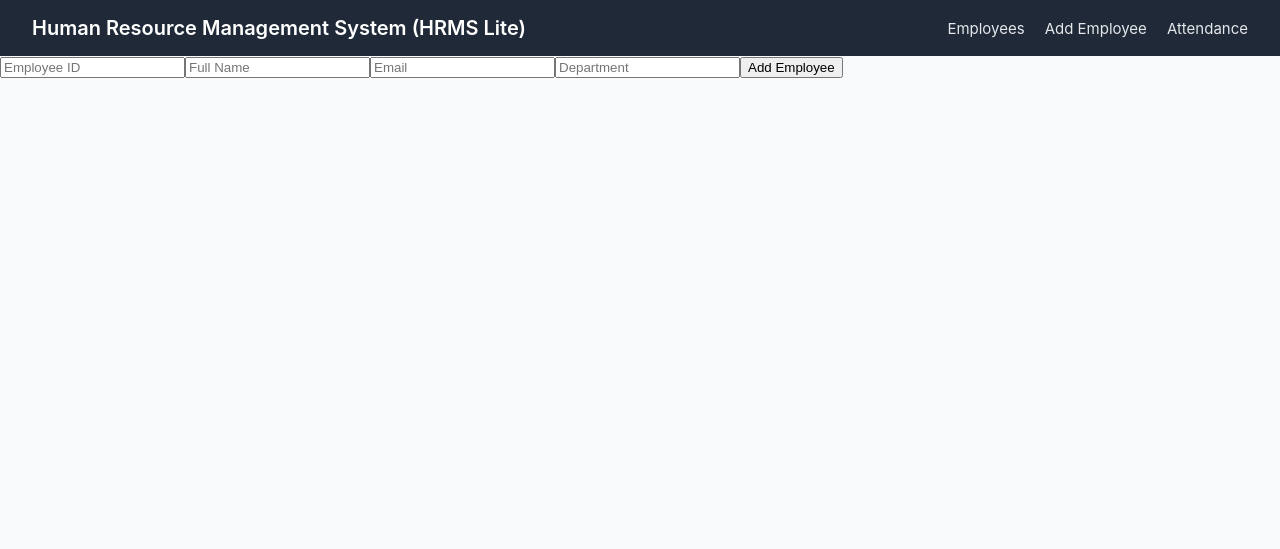
Repository: gautamsonam011/hrmsfrontend
Page: /employees/add
These files come from the project's save history. The page is drawn as it stood at one moment and after the next save; the edit follows.
The browser window is 1280 px wide. The pictures show the whole page.
The project was rebuilt for these pictures with package versions that can differ from the ones it lists, and the page was loaded fresh each time. Also part of the build but not shown: src/components/Loader.jsx, src/components/EmptyState.jsx, src/pages/Employees.jsx, src/components/ErrorState.jsx, src/pages/Attendance.jsx, src/api/attendanceApi.js, src/pages/AddAttendance.jsx.

Above is the page before, as saved 2026-01-31 19:08:28.

### public/index.html
<!DOCTYPE html>
<html lang="en">
  <head>
    <meta charset="utf-8" />
    <link rel="icon" href="%PUBLIC_URL%/favicon.ico" />
    <meta name="viewport" content="width=device-width, initial-scale=1" />
    <meta name="theme-color" content="#000000" />
    <meta
      name="description"
      content="Web site created using create-react-app"
    />
    <link rel="apple-touch-icon" href="%PUBLIC_URL%/logo192.png" />
    <!--
      manifest.json provides metadata used when your web app is installed on a
      user's mobile device or desktop. See https://developers.google.com/web/fundamentals/web-app-manifest/
    -->
    <link rel="manifest" href="%PUBLIC_URL%/manifest.json" />
    <!--
      Notice the use of %PUBLIC_URL% in the tags above.
      It will be replaced with the URL of the `public` folder during the build.
      Only files inside the `public` folder can be referenced from the HTML.

      Unlike "/favicon.ico" or "favicon.ico", "%PUBLIC_URL%/favicon.ico" will
      work correctly both with client-side routing and a non-root public URL.
      Learn how to configure a non-root public URL by running `npm run build`.
    -->
    <title>HRMS</title>
  </head>
  <body>
    <noscript>You need to enable JavaScript to run this app.</noscript>
    <div id="root"></div>
    <!--
      This HTML file is a template.
      If you open it directly in the browser, you will see an empty page.

      You can add webfonts, meta tags, or analytics to this file.
      The build step will place the bundled scripts into the <body> tag.

      To begin the development, run `npm start` or `yarn start`.
      To create a production bundle, use `npm run build` or `yarn build`.
    -->
  </body>
</html>

### src/App.js
import { BrowserRouter, Routes, Route } from "react-router-dom";
import "./style.css";
import Navbar from "./components/Navbar";
import Employees from "./pages/Employees";
import AddEmployee from "./pages/AddEmployee";
import Attendance from "./pages/Attendance";
import AddAttendance from "./pages/AddAttendance";

function App() {
  return (
    <BrowserRouter>
      <Navbar />
      <Routes>
        <Route path="/" element={<Employees />} />
        <Route path="/employees/add" element={<AddEmployee />} />
        <Route path="/attendance" element={<AddAttendance />} />
        <Route path="/attendance/:id" element={<Attendance />} />
      </Routes>
    </BrowserRouter>
  );
}

export default App;

### src/style.css

/* Global */
body {
  margin: 0;
  font-family: "Inter", system-ui, -apple-system, BlinkMacSystemFont;
  background-color: #f9fafb;
  color: #111827;
}

/* Page wrapper */
.page {
  padding: 24px;
}

/* Card */
.card {
  background: #ffffff;
  border-radius: 8px;
  padding: 20px;
  box-shadow: 0 4px 12px rgba(0, 0, 0, 0.05);
}

/* Headings */
.page-title {
  font-size: 22px;
  font-weight: 600;
  margin-bottom: 16px;
}

/* Buttons */
.btn {
  padding: 10px 16px;
  border-radius: 6px;
  border: none;
  cursor: pointer;
  font-size: 14px;
}

.btn-primary {
  background-color: #2563eb;
  color: white;
}

.btn-danger {
  background-color: #dc2626;
  color: white;
}

.btn-secondary {
  background-color: #e5e7eb;
}

/* Inputs */
.input,
.select {
  padding: 10px;
  border-radius: 6px;
  border: 1px solid #d1d5db;
  font-size: 14px;
  width: 100%;
}

.input:focus,
.select:focus {
  outline: none;
  border-color: #2563eb;
}

.form-grid {
  display: grid;
  grid-template-columns: repeat(auto-fit, minmax(220px, 1fr));
  gap: 16px;
}

.table {
  width: 90%;
  border-collapse: collapse;
  margin-top: 50px;
  margin:30px;
  background-color:#f8fcfc
}

.table th {
  text-align: left;
  background: #f3f4f6;
  padding: 12px;
  font-size: 13px;
  font-weight: 600;
}

.table td {
  padding: 12px;
  border-bottom: 1px solid #e5e7eb;
  font-size: 14px;
}

.table tr:hover {
  background-color: #f9fafb;
}

/* ===== Add Employee Form ===== */
.employee-form-wrapper {
  display: flex;
  justify-content: center;
  padding: 32px 16px;
}

.employee-form {
  background: #ffffff;
  width: 100%;
  max-width: 420px;
  padding: 28px;
  border-radius: 12px;
  box-shadow: 0 12px 28px rgba(0, 0, 0, 0.08);
}

.employee-form-title {
  font-size: 22px;
  font-weight: 600;
  text-align: center;
  margin-bottom: 24px;
  color: #111827;
}

/* Form fields */
.employee-form-group {
  margin-bottom: 18px;
}

.employee-input {
  width: 100%;
  padding: 12px 14px;
  font-size: 14px;
  border-radius: 8px;
  border: 1px solid #d1d5db;
  transition: all 0.2s ease;
}

.employee-input::placeholder {
  color: #9ca3af;
}

.employee-input:focus {
  outline: none;
  border-color: #2563eb;
  box-shadow: 0 0 0 2px rgba(37, 99, 235, 0.15);
}

/* Submit button */
.employee-submit-btn {
  width: 100%;
  padding: 12px;
  margin-top: 10px;
  font-size: 15px;
  font-weight: 500;
  border-radius: 8px;
  border: none;
  cursor: pointer;
  background-color: #2563eb;
  color: white;
  transition: background-color 0.2s ease;
}

.employee-submit-btn:hover {
  background-color: #1e40af;
}

### src/components/Navbar.jsx
import { NavLink } from "react-router-dom";

export default function Navbar() {
  return (
    <nav style={styles.nav}>
      <h2 style={styles.logo}>Human Resource Management System (HRMS Lite)</h2>

      <div style={styles.links}>
        <NavLink to="/" style={styles.link}>
          Employees
        </NavLink>
        <NavLink to="/employees/add" style={styles.link}>
          Add Employee
        </NavLink>
        <NavLink to="/attendance" style={styles.link}>
          Attendance
        </NavLink>
      </div>
    </nav>
  );
}

const styles = {
  nav: {
    display: "flex",
    justifyContent: "space-between",
    alignItems: "center",
    padding: "16px 32px",
    backgroundColor: "#1f2937",
    color: "#fff",
  },
  logo: {
    margin: 0,
    fontSize: "20px",
    fontWeight: "600",
  },
  links: {
    display: "flex",
    gap: "20px",
  },
  link: {
    color: "#e5e7eb",
    textDecoration: "none",
    fontSize: "15px",
  },
};

### src/pages/AddEmployee.jsx
import { useState } from "react";
import { addEmployee } from "../api/employeeApi";
import { Navigate } from "react-router-dom";


export default function AddEmployee() {
  const [form, setForm] = useState({
    employee_id: "",
    full_name: "",
    email: "",
    department: "",
  });

  const handleSubmit = async (e) => {
    e.preventDefault();
    try {
      await addEmployee(form);
      alert("Employee added");
    } catch (err) {
      alert(err.response?.data?.message || "Error");
    }
  };

  return (
    <form onSubmit={handleSubmit}>
      <input placeholder="Employee ID" onChange={(e) => setForm({...form, employee_id: e.target.value})} />
      <input placeholder="Full Name" onChange={(e) => setForm({...form, full_name: e.target.value})} />
      <input placeholder="Email" onChange={(e) => setForm({...form, email: e.target.value})} />
      <input placeholder="Department" onChange={(e) => setForm({...form, department: e.target.value})} />
      <button type="submit">Add Employee</button>
    </form>
  );
}

### src/api/employeeApi.js
import api from "./axios";

export const getEmployees = () => api.get("/employees/");
export const addEmployee = (data) => api.post("/employees/", data);
export const deleteEmployee = (id) => api.delete(`/employees/${id}/`);

### src/api/axios.js
import axios from "axios";

const api = axios.create({
  baseURL: "http://127.0.0.1:8000/api/v1",
  headers: {
    "Content-Type": "application/json",
  },
});

export default api;

Loaded but not shown: src/index.js (common file); src/index.css (common file); src/reportWebVitals.js (common file)

After the next save:
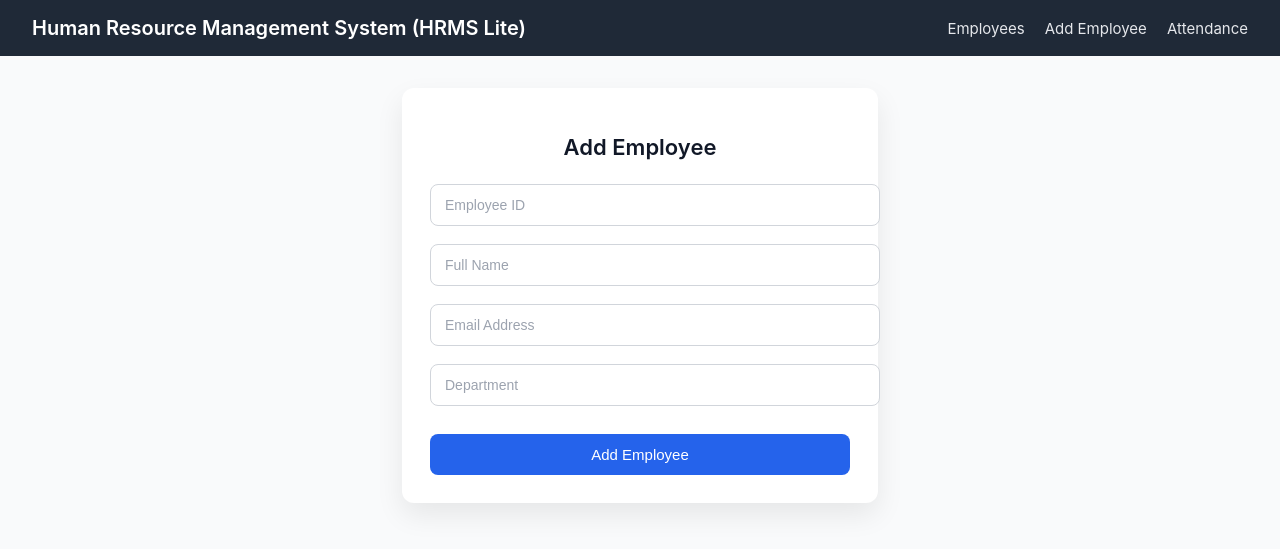
Saved 39 s later.
--- a/src/pages/AddEmployee.jsx
+++ b/src/pages/AddEmployee.jsx
@@ -22,12 +22,55 @@ export default function AddEmployee() {
   };
 
   return (
-    <form onSubmit={handleSubmit}>
-      <input placeholder="Employee ID" onChange={(e) => setForm({...form, employee_id: e.target.value})} />
-      <input placeholder="Full Name" onChange={(e) => setForm({...form, full_name: e.target.value})} />
-      <input placeholder="Email" onChange={(e) => setForm({...form, email: e.target.value})} />
-      <input placeholder="Department" onChange={(e) => setForm({...form, department: e.target.value})} />
-      <button type="submit">Add Employee</button>
-    </form>
+    <div className="employee-form-wrapper">
+      <form className="employee-form" onSubmit={handleSubmit}>
+        <h2 className="employee-form-title">Add Employee</h2>
+
+        <div className="employee-form-group">
+          <input
+            className="employee-input"
+            placeholder="Employee ID"
+            onChange={(e) =>
+              setForm({ ...form, employee_id: e.target.value })
+            }
+          />
+        </div>
+
+        <div className="employee-form-group">
+          <input
+            className="employee-input"
+            placeholder="Full Name"
+            onChange={(e) =>
+              setForm({ ...form, full_name: e.target.value })
+            }
+          />
+        </div>
+
+        <div className="employee-form-group">
+          <input
+            className="employee-input"
+            placeholder="Email Address"
+            onChange={(e) =>
+              setForm({ ...form, email: e.target.value })
+            }
+          />
+        </div>
+
+        <div className="employee-form-group">
+          <input
+            className="employee-input"
+            placeholder="Department"
+            onChange={(e) =>
+              setForm({ ...form, department: e.target.value })
+            }
+          />
+        </div>
+
+        <button className="employee-submit-btn" type="submit">
+          Add Employee
+        </button>
+      </form>
+    </div>
   );
+
 }
